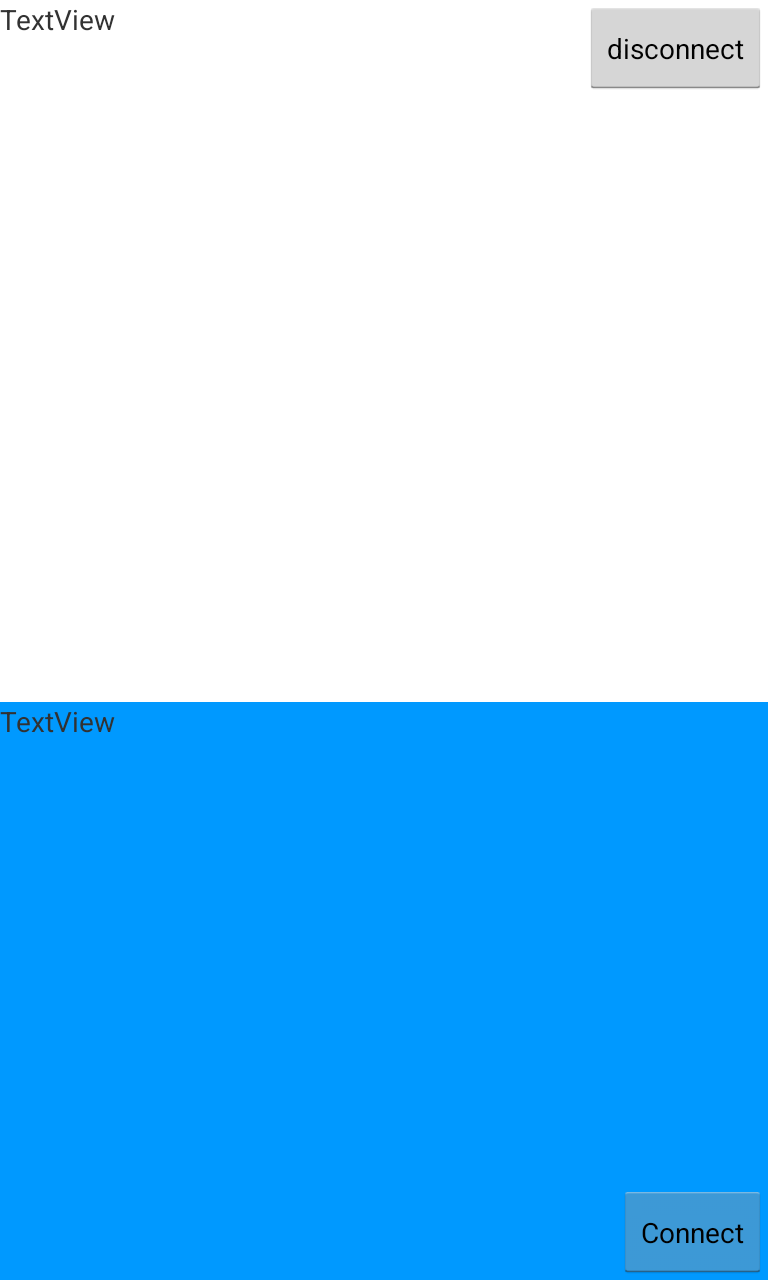
Repository: Clonedpirate/BtSshPwnPI
Layout: HackDroid/res/layout/terminal.xml
These files come from the project's save history. The layout is drawn as it stood at one moment and after the next save; the edit follows.
It is drawn on a 768 x 1280 px phone screen (xhdpi) without system bars, with theme AppTheme; the app's code is not run.

Above is the layout before, as saved 2014-06-19 10:21:06.

After the next save:
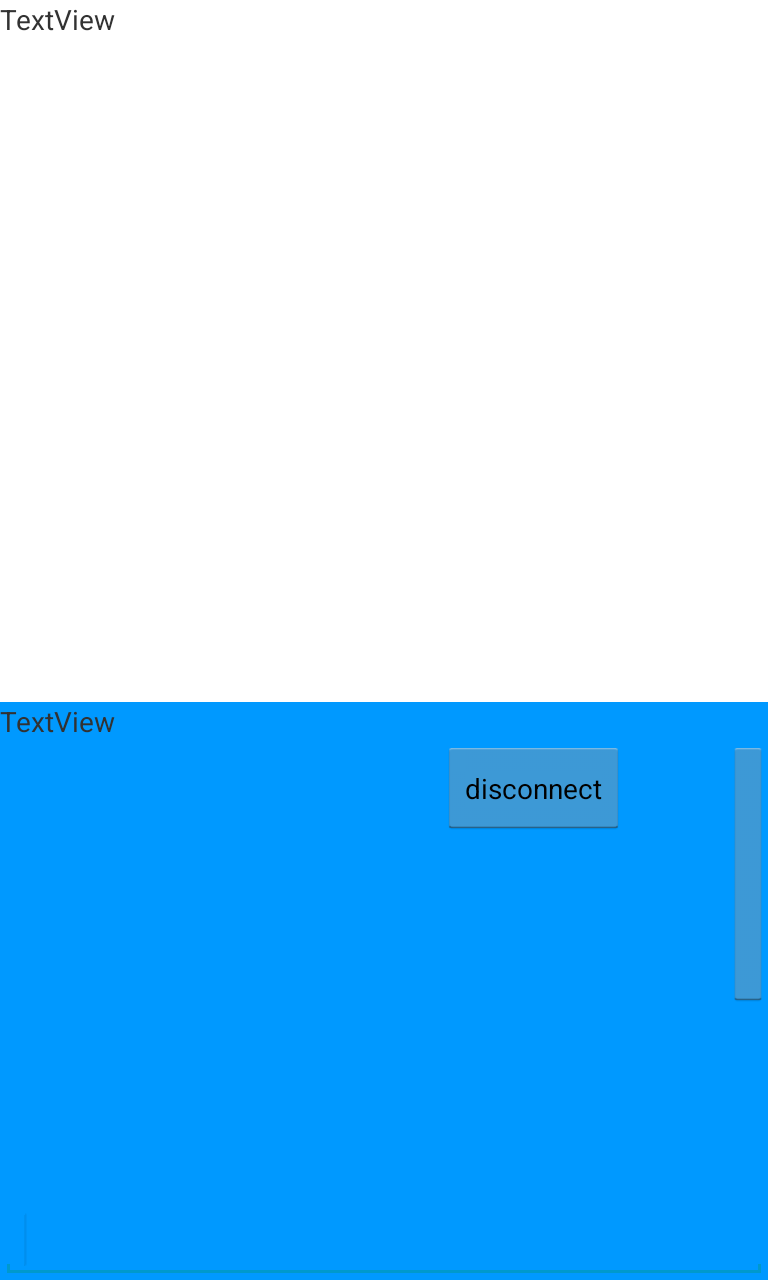
Saved 2 min 0 s later.
--- a/HackDroid/res/layout/terminal.xml
+++ b/HackDroid/res/layout/terminal.xml
@@ -3,23 +3,6 @@
     android:layout_width="match_parent"
     android:layout_height="match_parent"
     android:orientation="vertical" >
-
-    <EditText
-        android:id="@+id/editText1"
-        android:layout_width="match_parent"
-        android:layout_height="wrap_content"
-        android:layout_alignTop="@+id/button1"
-        android:layout_toLeftOf="@+id/button1"
-        android:ems="10" />
-
-    <Button
-        android:id="@+id/button1"
-        style="?android:attr/buttonStyleSmall"
-        android:layout_width="wrap_content"
-        android:layout_height="wrap_content"
-        android:layout_alignParentBottom="true"
-        android:layout_alignParentRight="true"
-        android:text="Connect" />
 
     <TextView
         android:background="@color/white"
@@ -38,13 +21,34 @@
         android:layout_below="@+id/terminal"
         android:text="TextView" />
 
+    <EditText
+        android:id="@+id/editText1"
+        android:layout_width="match_parent"
+        android:layout_height="wrap_content"
+        android:layout_alignParentBottom="true"
+        android:layout_alignParentLeft="true"
+        android:ems="10" >
+
+        <requestFocus />
+    </EditText>
+
+    <Button
+        android:id="@+id/button1"
+        style="?android:attr/buttonStyleSmall"
+        android:layout_width="20dp"
+        android:layout_height="wrap_content"
+        android:layout_alignParentRight="true"
+        android:layout_below="@+id/IPtext"
+        android:text="Connect" />
+
     <Button
         android:id="@+id/button1"
         style="?android:attr/buttonStyleSmall"
         android:layout_width="wrap_content"
         android:layout_height="wrap_content"
-        android:layout_above="@+id/button1"
         android:layout_alignParentRight="true"
+        android:layout_below="@+id/IPtext"
+        android:layout_marginRight="71dp"
         android:text="disconnect" />
 
 </RelativeLayout>
